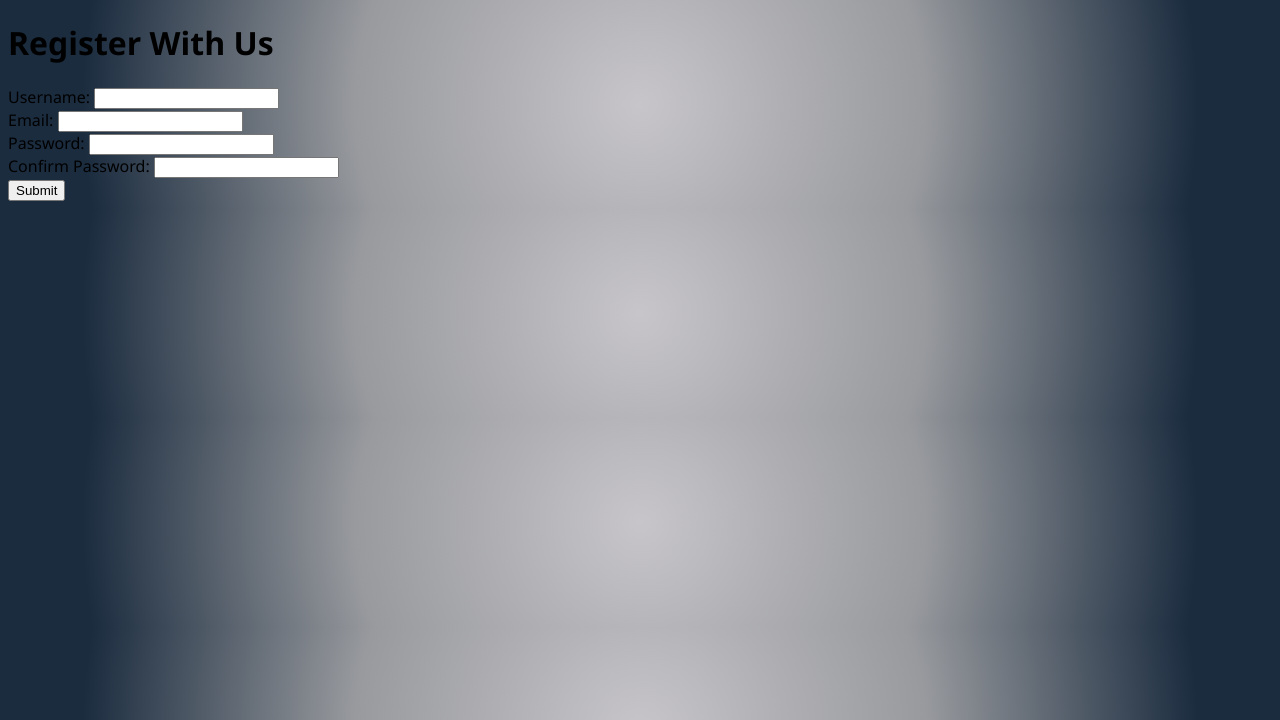
Repository: NiutaR/registrationForm
Page: index.html
The author's editor kept a copy of each file at every save. The page is drawn from the files as they stood at one save, then again after a run of saves.
The browser window is 1280 px wide. The pictures show the whole page.

Above is the page before, as saved 2021-07-28 23:19:07.

### index.html
<!DOCTYPE html>
<html lang="en">

<head>
    <meta charset="UTF-8">
    <meta http-equiv="X-UA-Compatible" content="IE=edge">
    <meta name="viewport" content="width=device-width, initial-scale=1.0">
    <link rel="stylesheet" href="style.css">
    <title>Register With Us</title>
</head>

<body>
    <div class="container">
        <form id="signup" class="form">
            <h1>Register With Us</h1>
            <div class="form-field">
                <label for="username">Username:</label>
                <input type="text" name="username" id="username" autocomplete="off">
                <small></small>
            </div>

            <div class="form-field">
                <label for="email">Email:</label>
                <input type="text" name="email" id="email" autocomplete="off">
                <small></small>
            </div>

            <div class="form-field">
                <label for="password">Password:</label>
                <input type="password" name="password" id="password" autocomplete="off">
                <small></small>
            </div>


            <div class="form-field">
                <label for="confirm-password">Confirm Password:</label>
                <input type="password" name="confirm-password" id="confirm-password" autocomplete="off">
                <small></small>
            </div>

            <div class="form-field">
                <input type="submit" value="Submit">
            </div>
        </form>
    </div>
    </div>
    <script src="index.js"></script>
</body>

</html>

### style.css
body {
    font-size: 16px;
    background: rgb(193, 192, 194);
    background: radial-gradient(circle, rgb(199, 197, 201) 0%, rgb(152, 154, 158) 44%, rgba(27, 44, 63, 1) 86%);
    font-family: "Segoe UI", "Helvetica Neue", Arial, sans-serif;
}
.container {
    display: block;
}
#id {

}

### index.js
const usernameEl = document.querySelector('#username');
const emailEl = document.querySelector('#email');
const passwordEl = document.querySelector('#password');
const confirmPasswordEl = document.querySelector('#confirm-password');

const form = document.querySelector('#signup');


const checkUsername = () => {

    let valid = false;

    const min = 3,
        max = 25;

    const username = usernameEl.value.trim();

    if (!isRequired(username)) {
        showError(usernameEl, 'Username cannot be blank.');
    } else if (!isBetween(username.length, min, max)) {
        showError(usernameEl, `Username must be between ${min} and ${max} characters.`)
    } else {
        showSuccess(usernameEl);
        valid = true;
    }
    return valid;
};


const checkEmail = () => {
    let valid = false;
    const email = emailEl.value.trim();
    if (!isRequired(email)) {
        showError(emailEl, 'Email cannot be blank.');
    } else if (!isEmailValid(email)) {
        showError(emailEl, 'Email is not valid.')
    } else {
        showSuccess(emailEl);
        valid = true;
    }
    return valid;
};

const checkPassword = () => {
    let valid = false;


    const password = passwordEl.value.trim();

    if (!isRequired(password)) {
        showError(passwordEl, 'Password cannot be blank.');
    } else if (!isPasswordSecure(password)) {
        showError(passwordEl, 'Password must has at least 8 characters that include at least 1 lowercase character, 1 uppercase characters, 1 number, and 1 special character in (!@#$%^&*)');
    } else {
        showSuccess(passwordEl);
        valid = true;
    }

    return valid;
};

const checkConfirmPassword = () => {
    let valid = false;
    // check confirm password
    const confirmPassword = confirmPasswordEl.value.trim();
    const password = passwordEl.value.trim();

    if (!isRequired(confirmPassword)) {
        showError(confirmPasswordEl, 'Please enter the password again');
    } else if (password !== confirmPassword) {
        showError(confirmPasswordEl, 'The password does not match');
    } else {
        showSuccess(confirmPasswordEl);
        valid = true;
    }

    return valid;
};

const isEmailValid = (email) => {
    const re = /^(([^<>()\[\]\\.,;:\s@"]+(\.[^<>()\[\]\\.,;:\s@"]+)*)|(".+"))@((\[[0-9]{1,3}\.[0-9]{1,3}\.[0-9]{1,3}\.[0-9]{1,3}\])|(([a-zA-Z\-0-9]+\.)+[a-zA-Z]{2,}))$/;
    return re.test(email);
};

const isPasswordSecure = (password) => {
    const re = new RegExp("^(?=.*[a-z])(?=.*[A-Z])(?=.*[0-9])(?=.*[!@#\$%\^&\*])(?=.{8,})");
    return re.test(password);
};

const isRequired = value => value === '' ? false : true;
const isBetween = (length, min, max) => length < min || length > max ? false : true;


const showError = (input, message) => {
    // get the form-field element
    const formField = input.parentElement;
    // add the error class
    formField.classList.remove('success');
    formField.classList.add('error');

    // show the error message
    const error = formField.querySelector('small');
    error.textContent = message;
};

const showSuccess = (input) => {
    // get the form-field element
    const formField = input.parentElement;

    // remove the error class
    formField.classList.remove('error');
    formField.classList.add('success');

    // hide the error message
    const error = formField.querySelector('small');
    error.textContent = '';
}


form.addEventListener('submit', function (e) {
    // prevent the form from submitting
    e.preventDefault();

    // validate fields
    let isUsernameValid = checkUsername(),
        isEmailValid = checkEmail(),
        isPasswordValid = checkPassword(),
        isConfirmPasswordValid = checkConfirmPassword();

    let isFormValid = isUsernameValid &&
        isEmailValid &&
        isPasswordValid &&
        isConfirmPasswordValid;

    // submit to the server if the form is valid
    if (isFormValid) {

    }
});


const debounce = (fn, delay = 500) => {
    let timeoutId;
    return (...args) => {
        // cancel the previous timer
        if (timeoutId) {
            clearTimeout(timeoutId);
        }
        // setup a new timer
        timeoutId = setTimeout(() => {
            fn.apply(null, args)
        }, delay);
    };
};

form.addEventListener('input', debounce(function (e) {
    switch (e.target.id) {
        case 'username':
            checkUsername();
            break;
        case 'email':
            checkEmail();
            break;
        case 'password':
            checkPassword();
            break;
        case 'confirm-password':
            checkConfirmPassword();
            break;
    }
}));

After the next 2 saves:
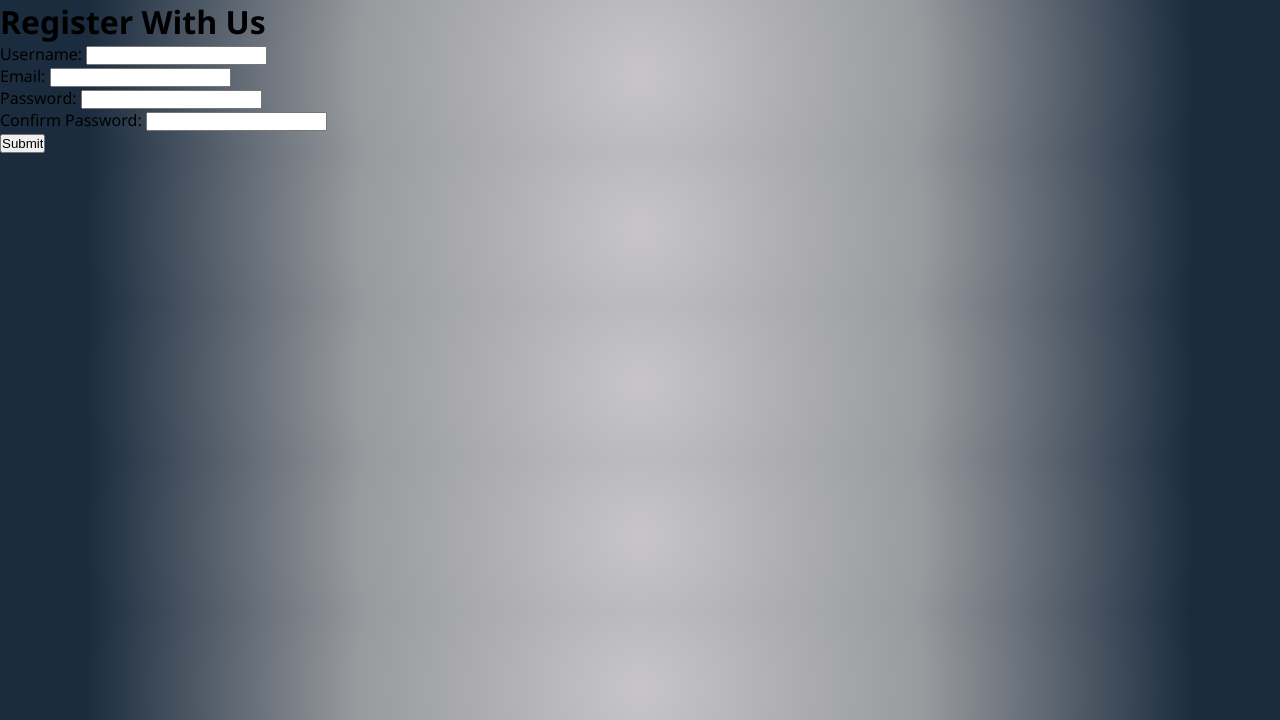
The 2 saves are shown as one change because they came seconds apart.
The last was saved 42 s later.
--- a/style.css
+++ b/style.css
@@ -1,3 +1,8 @@
+* {
+    margin: 0;
+    padding: 0;
+    box-sizing: border-box;
+}
 body {
     font-size: 16px;
     background: rgb(193, 192, 194);
